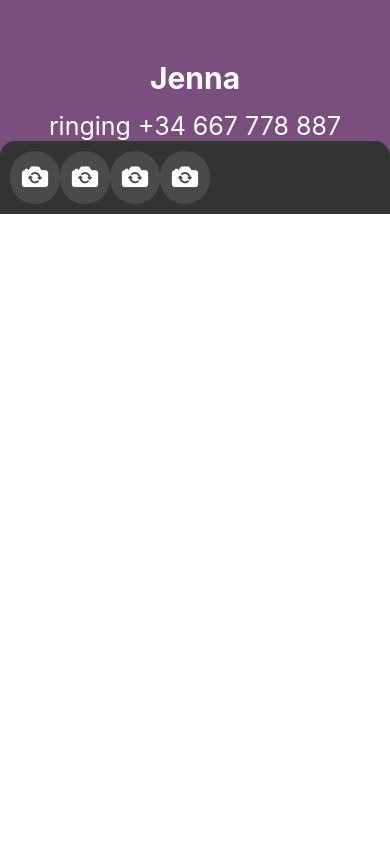
Repository: JennaFi/VideoCallApp
Screen: /
The author's editor kept a copy of each file at every save. The screen is drawn from the files as they stood at one save, then again after the next save.
The app was drawn by React Native's web renderer in a window 390 px wide. The project was rebuilt for these pictures with package versions that can differ from the ones it lists, and the page was loaded fresh each time.

Above is the screen before, as saved 2022-01-12 00:15:06.

After the next save:
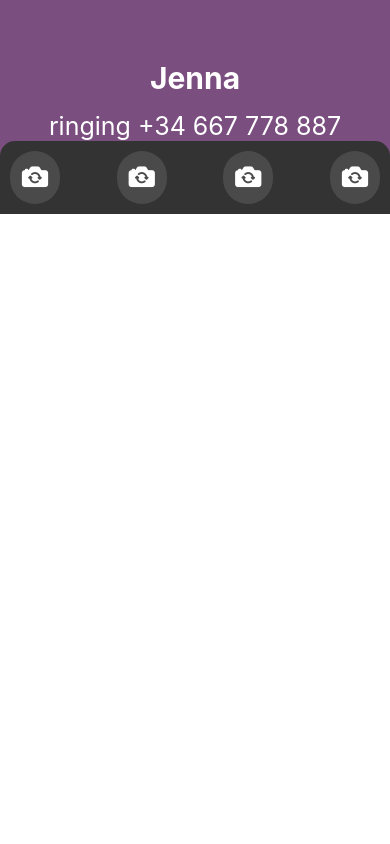
Saved 50 s later.
--- a/src/screens/CallingScreen/index.js
+++ b/src/screens/CallingScreen/index.js
@@ -69,6 +69,7 @@ const styles = StyleSheet.create({
     padding: 10,
     borderTopLeftRadius: 15,
     borderTopRightRadius: 15,
+    justifyContent: 'space-between'
 
 
   },
